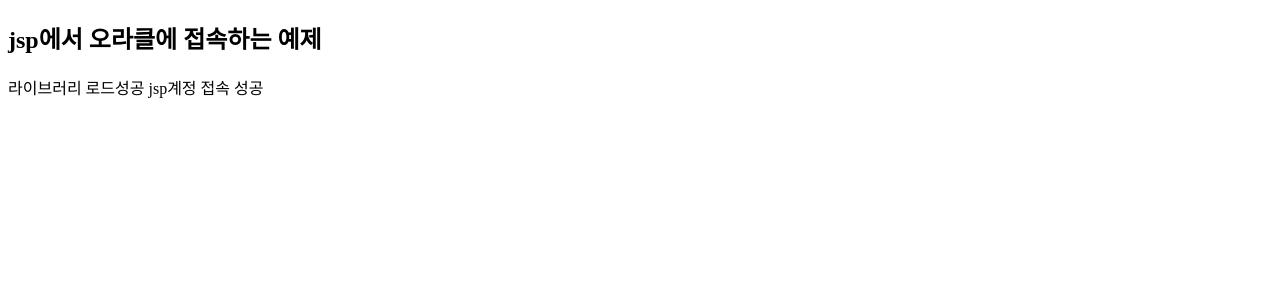
Repository: heyJSH/Study_java_web_sol
Page: http://localhost/jspweb_08/ora_conn.jsp
These files come from the project's save history. The page is drawn as it stood at one moment and after the next save; the edit follows.
The browser window is 1280 px wide. The pictures show the whole page.
The page is served by Tomcat 9. Other server files are loaded and not shown.

Above is the page before, as saved 2024-01-12 02:11:59.

### workspace_stsb/jspweb_08/src/main/webapp/ora_conn.jsp
<%@ page language="java" contentType="text/html; charset=UTF-8"
    pageEncoding="UTF-8"%>
<%@ page import ="java.sql.*" %>
<!DOCTYPE html>
<html>
<head>
<meta charset="UTF-8">
<title>Insert title here</title>
</head>
<body>

	<h2>jsp에서 오라클에 접속하는 예제</h2>

	<%
		// 1 라이브러리 드라이버를 호출
		try{
		Class.forName("oracle.jdbc.driver.OracleDriver");
			out.println("라이브러리 로드성공");
		}catch(Exception e){
			out.println("라이브러리 로드실패");
		}
		// 라이브러리가 추가되면 서버를 보통 재가동

		// 2 접속
		// Oracle 데이터베이스 연결 정보 설정
	       final String JDBC_URL = "jdbc:oracle:thin:@localhost:1521:orcl";
	       final String USER = "jsp";
	       final String PASSWORD = "123456";

	    // 접속하기
	    try{
	    	DriverManager.getConnection(JDBC_URL, USER, PASSWORD);
	    	out.println("jsp계정 접속 성공");
	    }catch(Exception e){
	    	out.println("jsp계정 접속 실패");

	    }
	%>

</body>
</html>

After the next save:
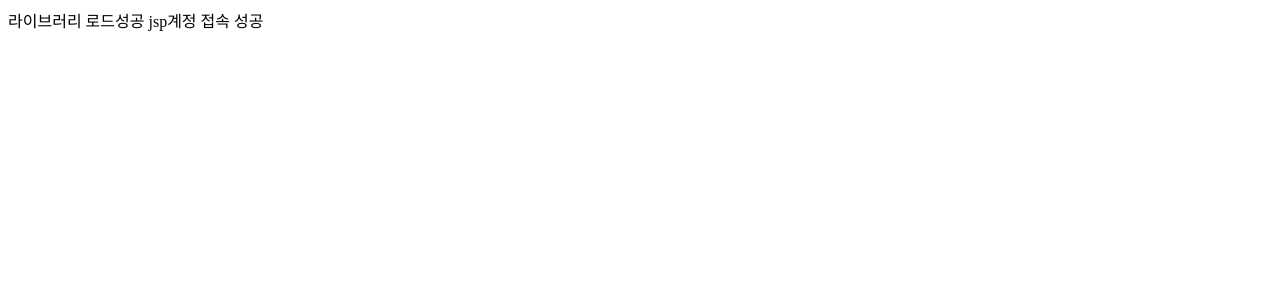
Saved 2 min 52 s later.
--- a/workspace_stsb/jspweb_08/src/main/webapp/ora_conn.jsp
+++ b/workspace_stsb/jspweb_08/src/main/webapp/ora_conn.jsp
@@ -8,8 +8,6 @@
 <title>Insert title here</title>
 </head>
 <body>
-
-	<h2>jsp에서 오라클에 접속하는 예제</h2>
 
 	<%
 		// 1 라이브러리 드라이버를 호출
